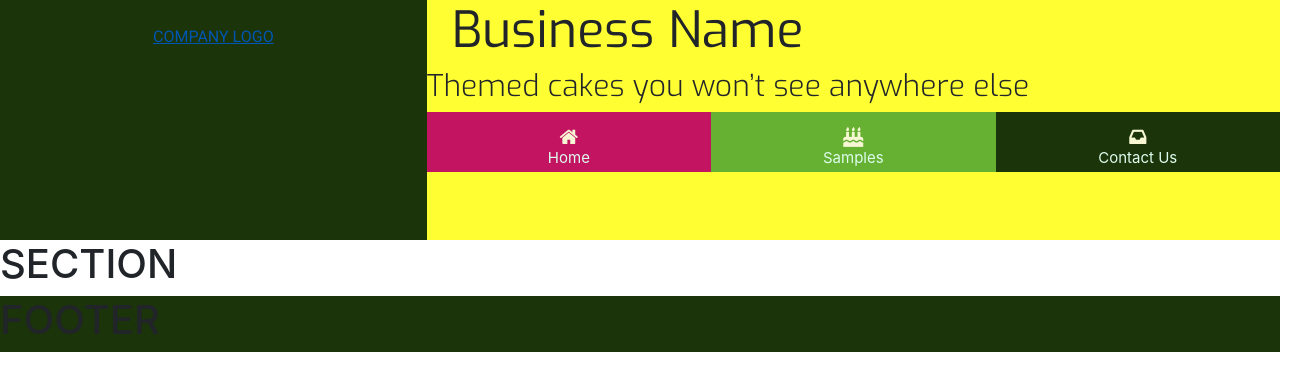
Repository: seanjcarley/Milestone1
Page: index.html
The author's editor kept a record of every edit. The page is drawn from the files as they stood at one moment, then again after the next edit.
The browser window is 1280 px wide. The page is 1295 px wide, so the pictures cover 1295 px, including what lies to the right of the window. The pictures show the whole page.

Above is the page before.

After the next edit:
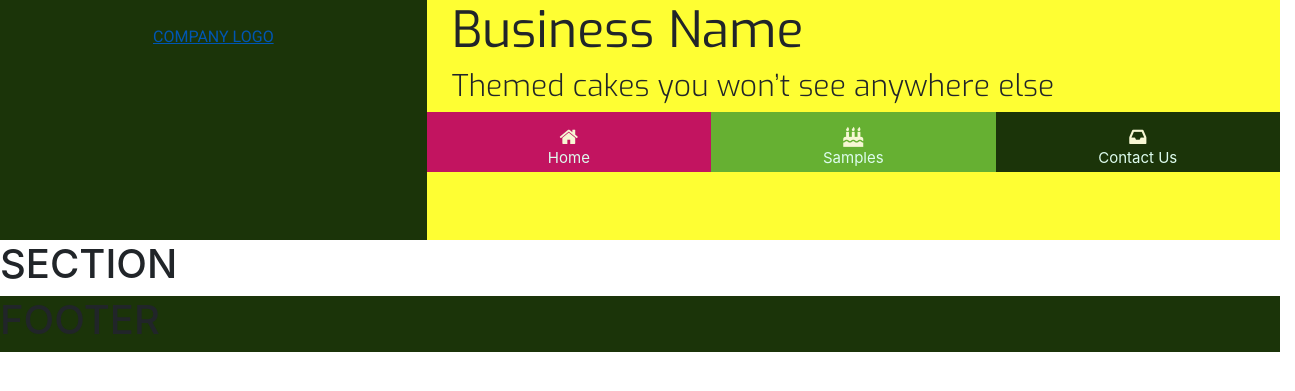
The edit:
--- a/css/style.css
+++ b/css/style.css
@@ -43,6 +43,7 @@
     font-family: "Exo", sans-serif;
     font-weight: 300;
     font-size: 30px;
+    margin-left: 25px;
 }
 
 .logo {
